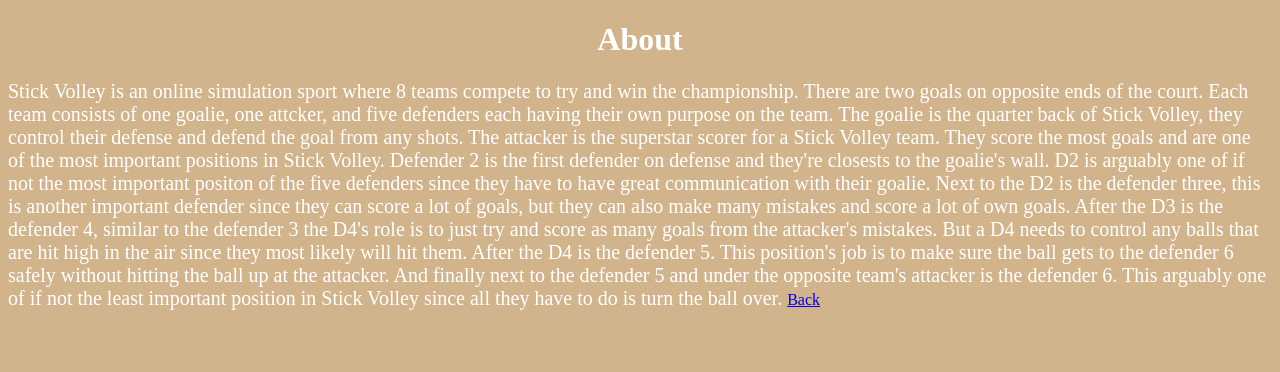
Repository: eppolij1/eppolij1.github.io
Page: about.html
The author's editor kept a record of every edit. The page is drawn from the files as they stood at one moment, then again after the next edit.
The browser window is 1280 px wide. The pictures show the whole page.

Above is the page before.

After the next edit:
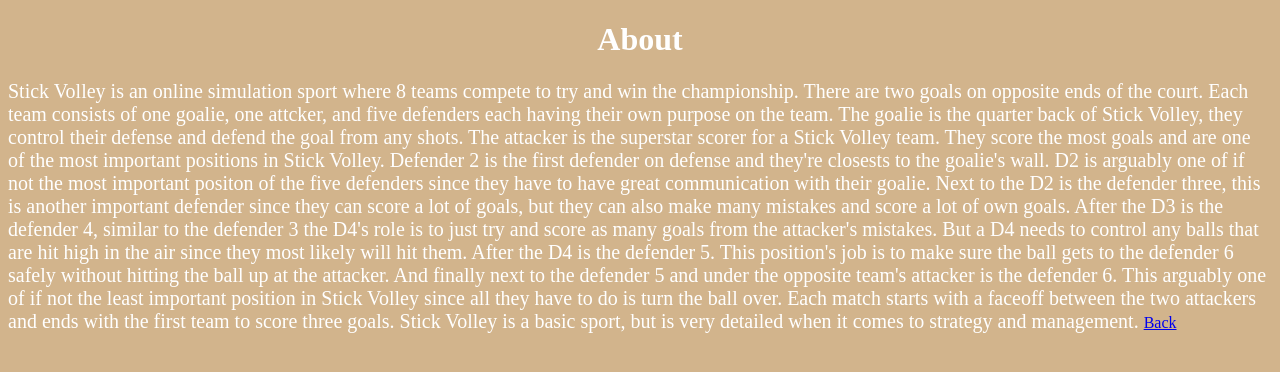
The edit:
--- a/about.html
+++ b/about.html
@@ -39,7 +39,8 @@
         Defender 2 is the first defender on defense and they're closests to the goalie's wall. D2 is arguably one of if not the most important positon of the five defenders since they have to have great communication with their goalie. Next to the D2 is the defender
         three, this is another important defender since they can score a lot of goals, but they can also make many mistakes and score a lot of own goals. After the D3 is the defender 4, similar to the defender 3 the D4's role is to just try and score as many goals
         from the attacker's mistakes. But a D4 needs to control any balls that are hit high in the air since they most likely will hit them. After the D4 is the defender 5. This position's job is to make sure the ball gets to the defender 6 safely without hitting the
-        ball up at the attacker. And finally next to the defender 5 and under the opposite team's attacker is the defender 6. This arguably one of if not the least important position in Stick Volley since all they have to do is turn the ball over.
+        ball up at the attacker. And finally next to the defender 5 and under the opposite team's attacker is the defender 6. This arguably one of if not the least important position in Stick Volley since all they have to do is turn the ball over. Each match starts with
+        a faceoff between the two attackers and ends with the first team to score three goals. Stick Volley is a basic sport, but is very detailed when it comes to strategy and management.
     </p1>
 
      </body>
